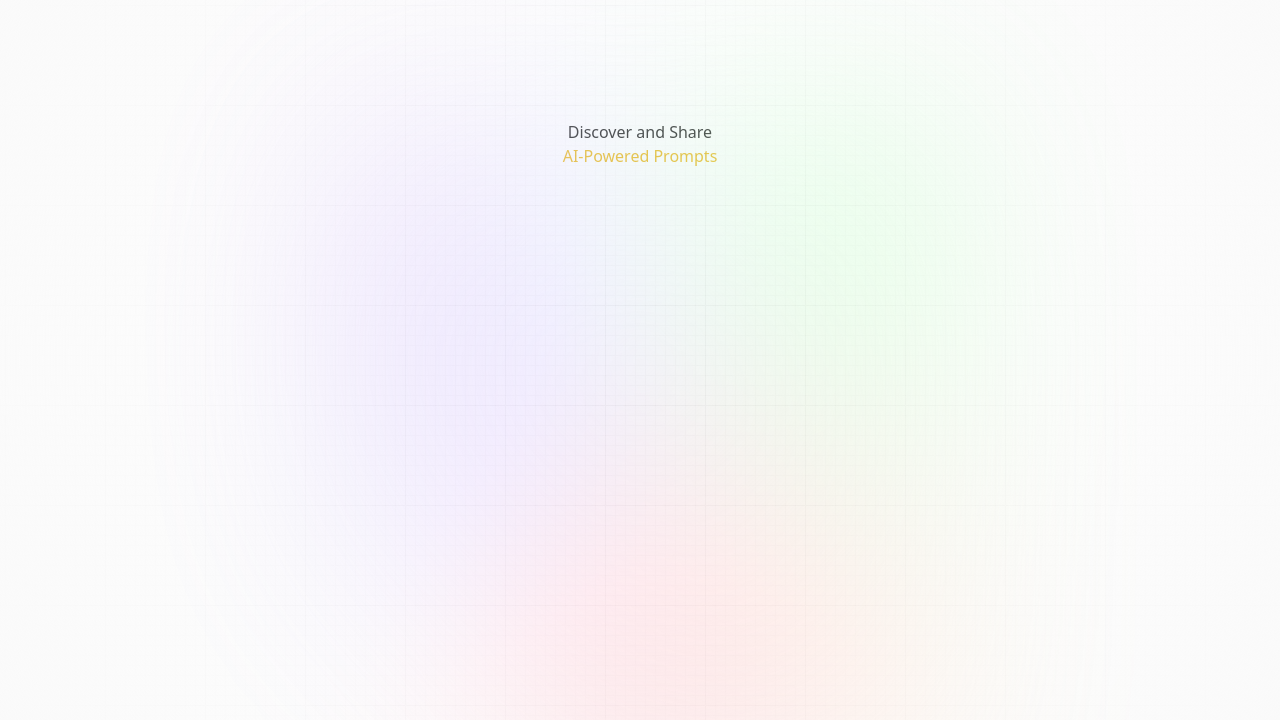
Repository: Nurlan-Bakenbaev/AI-prompts
Page: /
These files come from the project's save history. The page is drawn as it stood at one moment and after the next save; the edit follows.
The browser window is 1280 px wide. The pictures show the whole page.
The project was rebuilt for these pictures with package versions that can differ from the ones it lists, and the page was loaded fresh each time. The framework's server and built-in components were replaced by stand-ins that run in the browser. Also part of the build but not shown: next.config.js.

Above is the page before, as saved 2023-09-21 11:22:14.

After the next save:
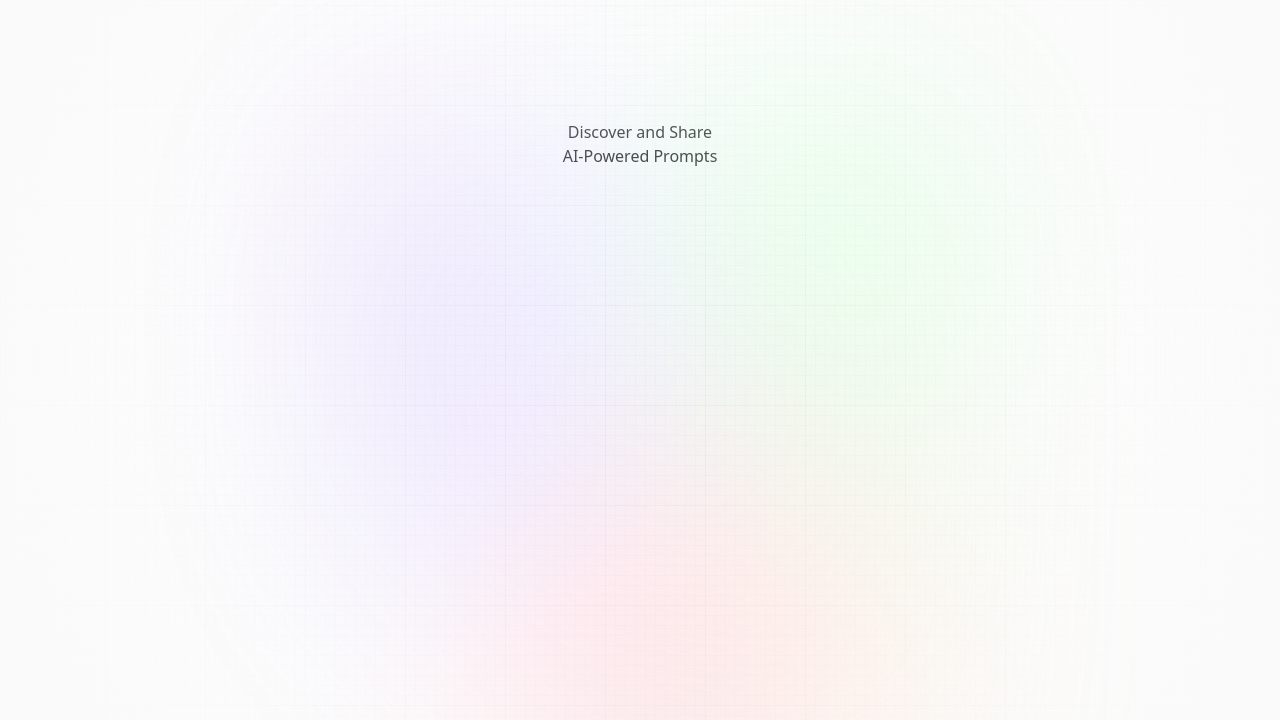
Saved 8 s later.
--- a/app/page.jsx
+++ b/app/page.jsx
@@ -4,7 +4,7 @@
       <h1 className="head_text text-center">
         Discover and Share
         <br className="max-md:hidden" />
-        <span className=" text-yellow-500">AI-Powered Prompts</span>
+        <span className=" text-yellow-00">AI-Powered Prompts</span>
       </h1>
     </section>
   );
